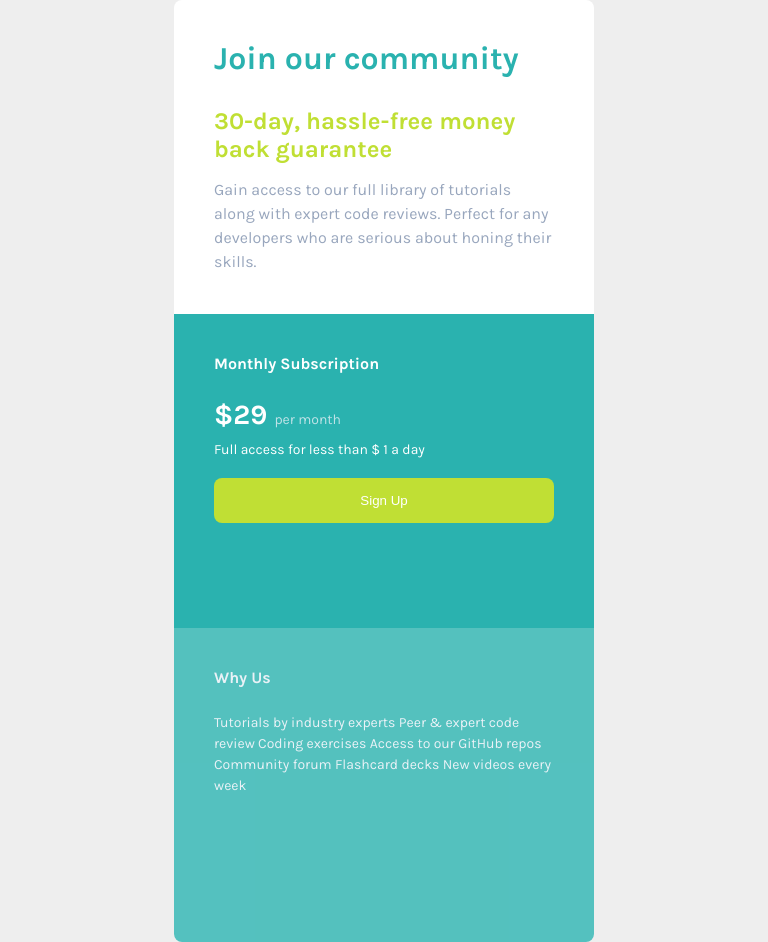
Repository: Akashiii1/WebSingleGrid_Day3
Page: index.html
The author's editor kept a copy of each file at every save. The page is drawn from the files as they stood at one save, then again after the next save.
The browser window is 768 px wide. The pictures show the whole page.

Above is the page before, as saved 2021-12-22 02:04:38.

### index.html
<!DOCTYPE html>
<html lang="en">
  <head>
    <meta charset="UTF-8" />
    <meta name="viewport" content="width=device-width, initial-scale=1.0" />
    <!-- displays site properly based on user's device -->

    <link
      rel="icon"
      type="image/png"
      sizes="32x32"
      href="./images/favicon-32x32.png"
    />

    <title>Frontend Mentor | Single Price Grid Component</title>

    <!-- Feel free to remove these styles or customise in your own stylesheet 👍 -->
    <link rel="stylesheet" href="style.css" />
    <style>
      .attribution {
        font-size: 11px;
        text-align: center;
      }
      .attribution a {
        color: hsl(228, 45%, 44%);
      }
    </style>
  </head>
  <body>
    <!-- Join our community

  30-day, hassle-free money back guarantee

  Gain access to our full library of tutorials along with expert code reviews.
  Perfect for any developers who are serious about honing their skills.

  Monthly Subscription

  &dollar;29 per month

  Full access for less than &dollar;1 a day

  Sign Up

  Why Us

  Tutorials by industry experts
  Peer &amp; expert code review
  Coding exercises
  Access to our GitHub repos
  Community forum
  Flashcard decks
  New videos every week -->
    <div class="wrapper">
      <div class="container">
        <div class="box item1">
          <h1>Join our community</h1>
          <h3>30-day, hassle-free money back guarantee</h3>
          <p>
            Gain access to our full library of tutorials along with expert code
            reviews. Perfect for any developers who are serious about honing
            their skills.
          </p>
        </div>
        <div class="box item2">
          <h4>Monthly Subscription</h4>
          <span>&dollar;29 <span class="light">per month</span> </span>
          <p>Full access for less than &dollar; 1 a day</p>
          <button class="btn">Sign Up</button>
        </div>
        <div class="box item3">
          <h4>Why Us</h4>
          <p>
            Tutorials by industry experts Peer &amp; expert code review Coding
            exercises Access to our GitHub repos Community forum Flashcard decks
            New videos every week
          </p>
        </div>
      </div>
    </div>
    <!-- <footer>
    <p class="attribution">
      Challenge by <a href="https://www.frontendmentor.io?ref=challenge" target="_blank">Frontend Mentor</a>.
      Coded by <a href="#">Your Name Here</a>.
    </p>
  </footer> -->
  </body>
</html>

### style.css

@import url('https://fonts.googleapis.com/css2?family=Karla:wght@400;700&display=swap');
:root{
  --Cyan: hsl(179, 62%, 43%);
 --BrightYellow: hsl(71, 73%, 54%);
 --LightGray: hsl(204, 43%, 93%);
 --GrayishBlue: hsl(218, 22%, 67%);
}
html {
box-sizing: border-box;
}
*{
margin: 0;
padding: 0;
}
*,*:before,*:after {
box-sizing: border-box;
}
input,
textarea,
select,
button{
outline: none;
}
input{
line-height: normal;
}
label,
button{
cursor: pointer;
}
a {
text-decoration: none;
}
img {
display: block;
max-width: 100%;
}
body{
  font-family: 'Karla', sans-serif;
  display: flex;
  justify-content: center;
  align-items: center;
  min-height: 100vh;
  background-color: #eee;
}
.wrapper{
  max-width: 620px;
  background-color: #fff;
  border-radius: 8px;
  overflow: hidden;

}
.container{
  display: grid;
  grid-template-columns:1fr 1fr;
  grid-template-rows: 1fr 1fr;
  grid-template-areas:"it1 it1"
                      "it2 it3";
}
.item1{
  grid-area: it1;
}
.item2{
  grid-area: it2;

}
.item3{
  grid-area: it3;
}
.box{
  padding: 40px;
}
.item1 h1{
  font-size: 32px;
  color:var(--Cyan) ;
  margin-bottom: 30px;
}
.item1 h3{
  color: var(--BrightYellow);
  font-size: 24px;
  margin-bottom: 15px;
}
.item1 p{
  color: var(--GrayishBlue);
  font-weight: 400;
  line-height: 1.5;

}
.item2 {
  background-color: var(--Cyan);
  color: #fff;
}
.item2 h4{
  margin-bottom: 25px;
}
.item2 span{
  font-size: 28px;
  font-weight: 600;

}
.item2 span .light{
  font-size: 14px;
  color: var(--LightGray);
  font-weight: 100;
  opacity: .8;
}
.item2 p{

  font-size: 14px;
  margin: 10px 0 20px;
}
.item3{
  background-color: var(--Cyan);
  opacity: .8;
  color: var(--LightGray);
}
.item3 h4{
  margin-bottom: 25px;
}
.item3 p{
  font-size: 14px;
  color: var(--LightGray);
  line-height: 1.5;
  margin-right: auto;
}
.btn{
  width: 100%;
  /* height: 40px; */
  background-color: var(--BrightYellow);
  border: 0;
  outline: none;
  color: #fff;
  border-radius: 8px;
  padding: 15px 20px;
}
@media (max-width:768px){
  .container{
    display: grid;
    grid-template-columns:1fr ;
    grid-template-rows: 1fr 1fr 1fr;
    grid-template-areas:"it1 "
                        "it2"
                        "it3";
  }
  .wrapper{
    max-width: 420px;
  }
}

After the next save:
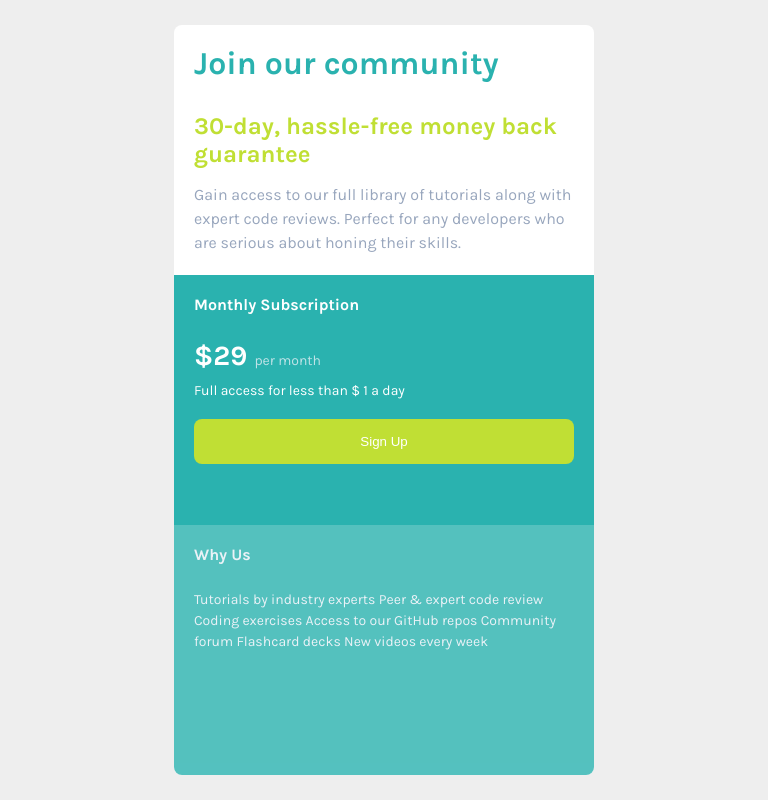
Saved 24 s later.
--- a/style.css
+++ b/style.css
@@ -146,4 +146,7 @@ body{
   .wrapper{
     max-width: 420px;
   }
+  .box{
+    padding: 20px;
+  }
 }
